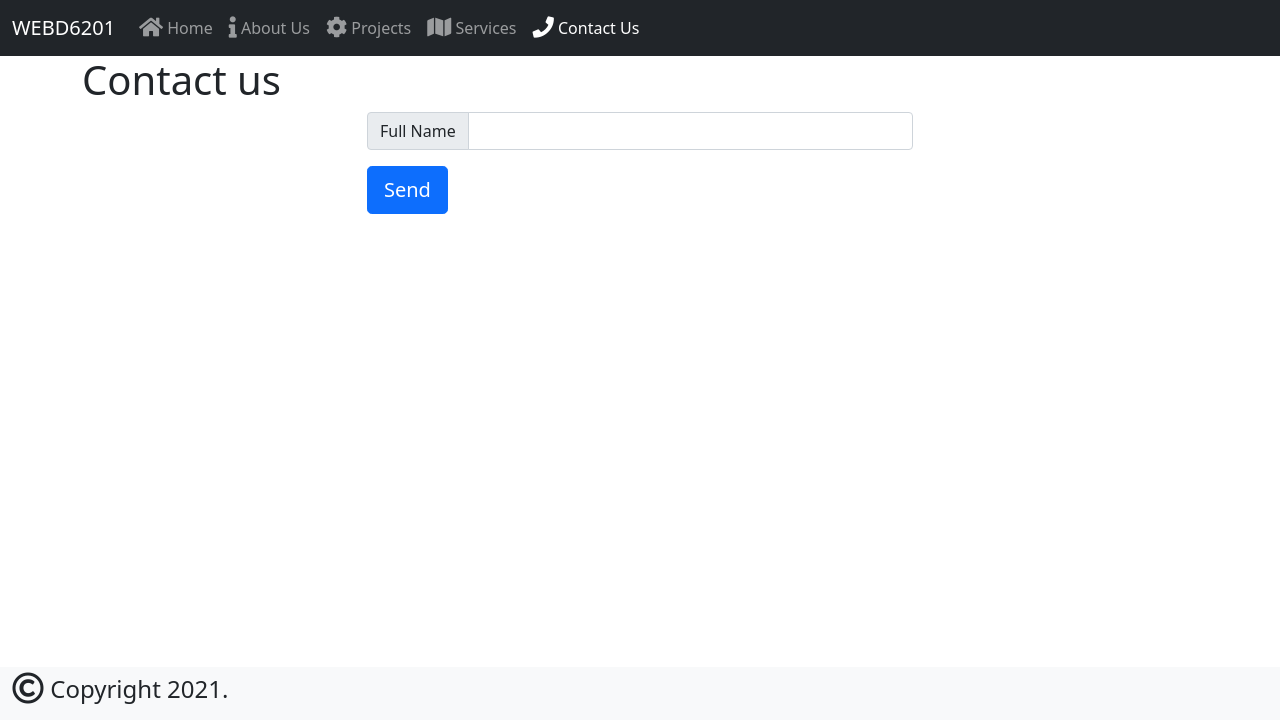
Repository: aphim/Webd6201-wk3
Page: contact.html
An editor plug-in stored every save of this project. The page is shown before and after the next save, followed by the edit.
The browser window is 1280 px wide. The pictures show the whole page.

Above is the page before, as saved 2021-01-21 09:30:42.

### contact.html
<!DOCTYPE html>
<html lang="en">
<head>
    <meta charset="UTF-8">
    <meta name="viewport" content="width=device-width, initial-scale=1.0">
    <title>Contact</title>
    <!-- CSS Section -->
    <link rel="stylesheet" href="./node_modules/bootstrap/dist/css/bootstrap.min.css">
    <link rel="stylesheet" href="./node_modules/@fortawesome/fontawesome-free/css/all.min.css">
    <link rel="stylesheet" href="./Content/app.css">
</head>
<body>
  <!-- Main Header-->
    <header>
      <!-- Main navigation-->
        <nav class="navbar navbar-expand-lg navbar-dark bg-dark">
            <div class="container-fluid">
              <a class="navbar-brand" href="index.html">WEBD6201</a>
              <button class="navbar-toggler" type="button" data-bs-toggle="collapse" data-bs-target="#navbarSupportedContent" aria-controls="navbarSupportedContent" aria-expanded="false" aria-label="Toggle navigation">
                <span class="navbar-toggler-icon"></span>
              </button>
              <div class="collapse navbar-collapse" id="navbarSupportedContent">
                <ul class="navbar-nav me-auto mb-2 mb-lg-0">
                  <li class="nav-item">
                    <a class="nav-link" aria-current="page" href="index.html"><i class="fas fa-home fa-lg"></i> Home</a>
                  </li>

                  <li class="nav-item">
                    <a class="nav-link" aria-current="page" href="about.html"><i class="fas fa-info fa-lg"></i> About Us</a>
                  </li>

                  <li class="nav-item">
                    <a class="nav-link" aria-current="page" href="projects.html"><i class="fas fa-cog fa-lg"></i> Projects</a>
                  </li>

                  <li class="nav-item">
                    <a class="nav-link" aria-current="page" href="services.html"><i class="fas fa-map fa-lg"></i> Services</a>
                  </li>

                  <li class="nav-item">
                    <a class="nav-link active" aria-current="page" href="contact.html"><i class="fas fa-phone fa-lg"></i> Contact Us</a>
                  </li>
                </ul>
              </div>
            </div>
          </nav>
    </header>

<!--Main Content-->
    <main class="container">
        <h1>Contact us</h1>

<div class="row justify-content-lg-center">
  <form class="col-lg-6 col-md-10 col-sm-10">

    <div class="input-group mb-3">
      <label class="input-group-text" id="inputGroup-sizing-defualt">Full Name</label>
      <input id="fullName" type="text" class="form-control" id="Full Name" aria-describedby="Full Name Input"
      name="fullName" required>
    </div>

    <button type="submit" class="btn btn-primary btn-lg"><i class="i.fas.fa-envelope fa-lg"></i>Send</button>
  </form>
</div>
    </main>

    <!-- Main footer-->
    <footer>
        <nav class="navbar fixed-bottom navbar-light bg-light">
            <div class="container-fluid">
              <h4><i class="far fa-copyright fa-lg"></i> Copyright 2021.</h4>
            </div>
          </nav>
    </footer>

    <!-- Script Section-->
    <script src="./node_modules/jquery/dist/jquery.min.js"></script>
    <script src="./node_modules/bootstrap/dist/js/bootstrap.bundle.min.js"></script>
    <script src="./Scripts/app.js"></script>
</body>
</html>

### Scripts/app.js
/* custom JavaScript goes here */

//IIFE - Immediately Invoked Function Expression
//AKA - Anonymous Self-Executing Function
//Closure - limits scope leak

"use strict";

(function()
{
function displayHome()
{

        let paragraphOneText = "This is a simple site to demonstrate DOM Manipulation for ICE 1";

        //Different ways to select a paragraph element "paragraph one"
        let paragraphOneElement = document.getElementById("paragraphOne");

        //let paragraphOneParagraph = document.getElementsByTagName("p")[0];
        //let paragraphOneQuery = document.querySelector("p");
        //console.log(paragraphOneElement);
        //console.log(paragraphOneParagraph);
        //console.log(paragraphOneQuery);

        paragraphOneElement.textContent = paragraphOneText;
        paragraphOneElement.className = "fs-5";

        // step 1. Create an element
        let newParagraph = document.createElement("p");
        //step 2. configure element
        newParagraph.setAttribute("id", "paragraphTwo");
        newParagraph.textContent = "...And this is paragraph two";
        //Step 3. select the parent element
        let mainContent = document.getElementsByTagName("main")[0];
        //step 4. Add/insert the element
        mainContent.appendChild(newParagraph);

        newParagraph.className = "fs-6";

        //////another way to add an element ///////
        //let paragraphThree =`<p class="fs-7 fw-bold">And this is the Third Paragraph</p>`;
        //mainContent.innerHTML = paragraphThree;

        let paragraphDiv = document.createElement("div");
        let paragraphThree = `<p id="paragraphThree" class="fs-7 fw-bold">And this is the third paragraph</p>`
        paragraphDiv.innerHTML = paragraphThree;

        //insertion before a node
        //newParagraph.before(paragraphDiv);
        newParagraph.after(paragraphDiv);

        //deletions
        //paragraphOneElement.remove();
        mainContent.removeChild(paragraphOneElement);

        //Update / modification of an element
        //mainContent.firstElementChild.textContent = "Welcome Home!";

        mainContent.innerHTML =
        `<h1 id="firstHeading">Welcome to WEBD6201 - Lab 1</h1>
        <p id="paragraphOne" class="fs-3 fw-bold">This is my first paragraph</p>`

}
function displayAbout()
{

}
function displayProjects()
{

}
function displayServices()
{

}
function displayContact()
{

}




    function Start()
    {
        console.log("App Started...");

        switch(document.title)
        {
            case "Home":
                displayHome();
                break;
            case "About":
                displayAbout();
                break;
            case "Projects":
                displayProjects();
                break;
            case "Services":
                displayServices();
                break;
            case "Contact":
                displayContact();
                break;
        }

    }



    window.addEventListener("load", Start);

})();

Loaded but not shown: node_modules/bootstrap/dist/css/bootstrap.min.css (library); node_modules/@fortawesome/fontawesome-free/css/all.min.css (library); Content/app.css (common file); node_modules/jquery/dist/jquery.min.js (library); node_modules/bootstrap/dist/js/bootstrap.bundle.min.js (library)

After the next save:
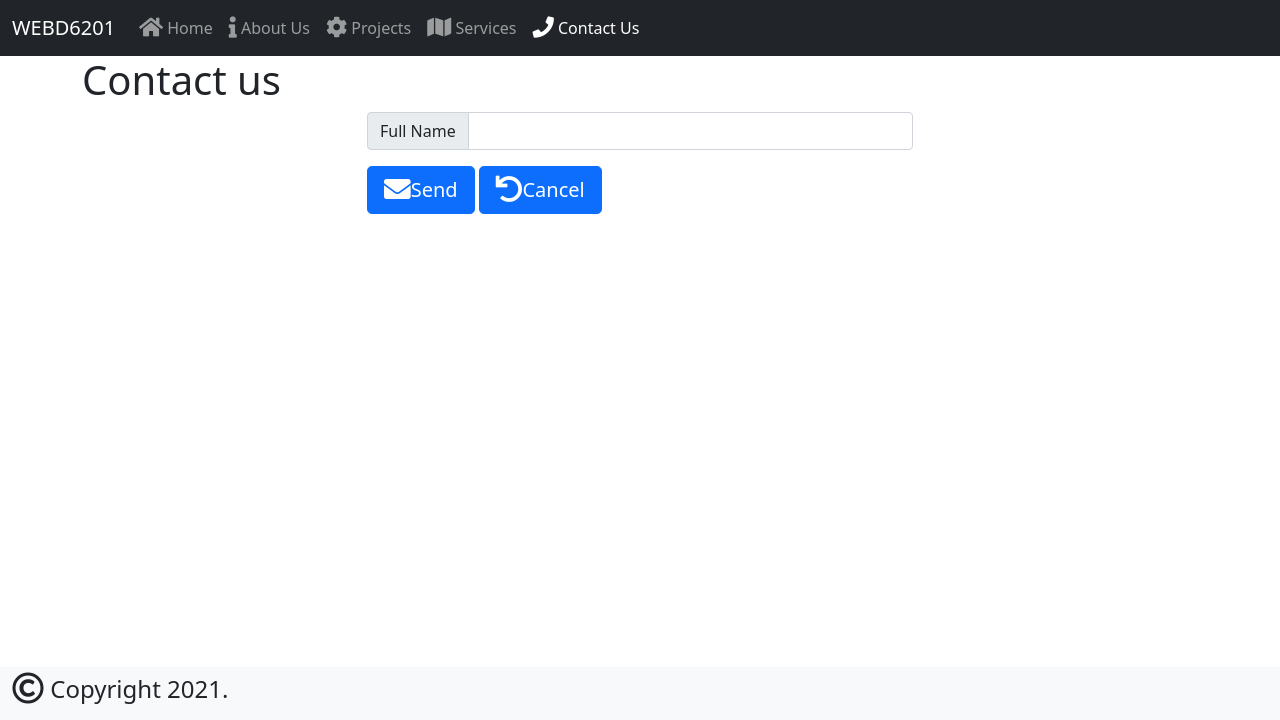
Saved 57 s later.
--- a/contact.html
+++ b/contact.html
@@ -59,7 +59,8 @@
       name="fullName" required>
     </div>
 
-    <button type="submit" class="btn btn-primary btn-lg"><i class="i.fas.fa-envelope fa-lg"></i>Send</button>
+    <button type="submit" class="btn btn-primary btn-lg"><i class="fas fa-envelope fa-lg"></i>Send</button>
+    <button type="reset" class="btn btn-primary btn-lg"><i class="fas fa-undo fa-lg"></i>Cancel</button>
   </form>
 </div>
     </main>
